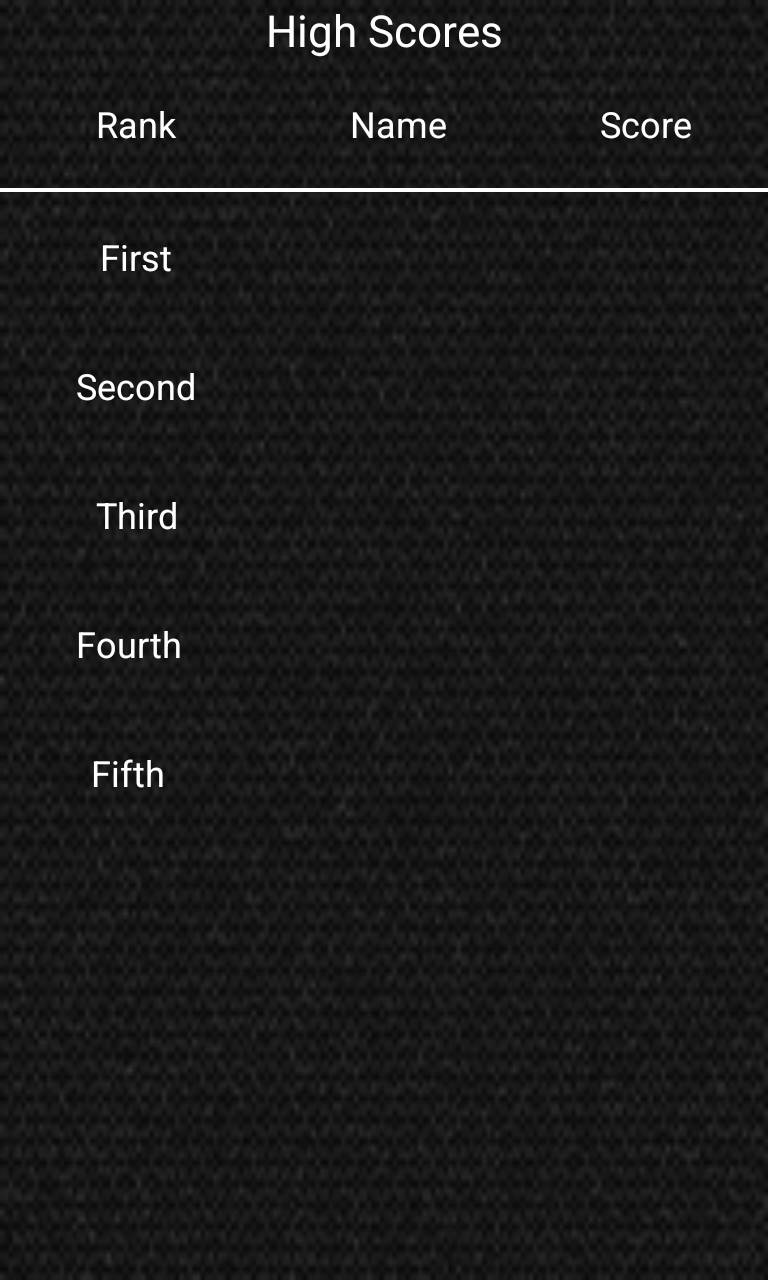
Repository: Tacohen/Killbots
Layout: Killbots/res/layout/high_scores.xml
An editor plug-in stored every save of this project. The layout is shown before and after the next save, followed by the edit.
It is drawn on a 768 x 1280 px phone screen (xhdpi) without system bars, with theme AppTheme; the app's code is not run.

Above is the layout before, as saved 2013-12-08 02:21:50.

After the next save:
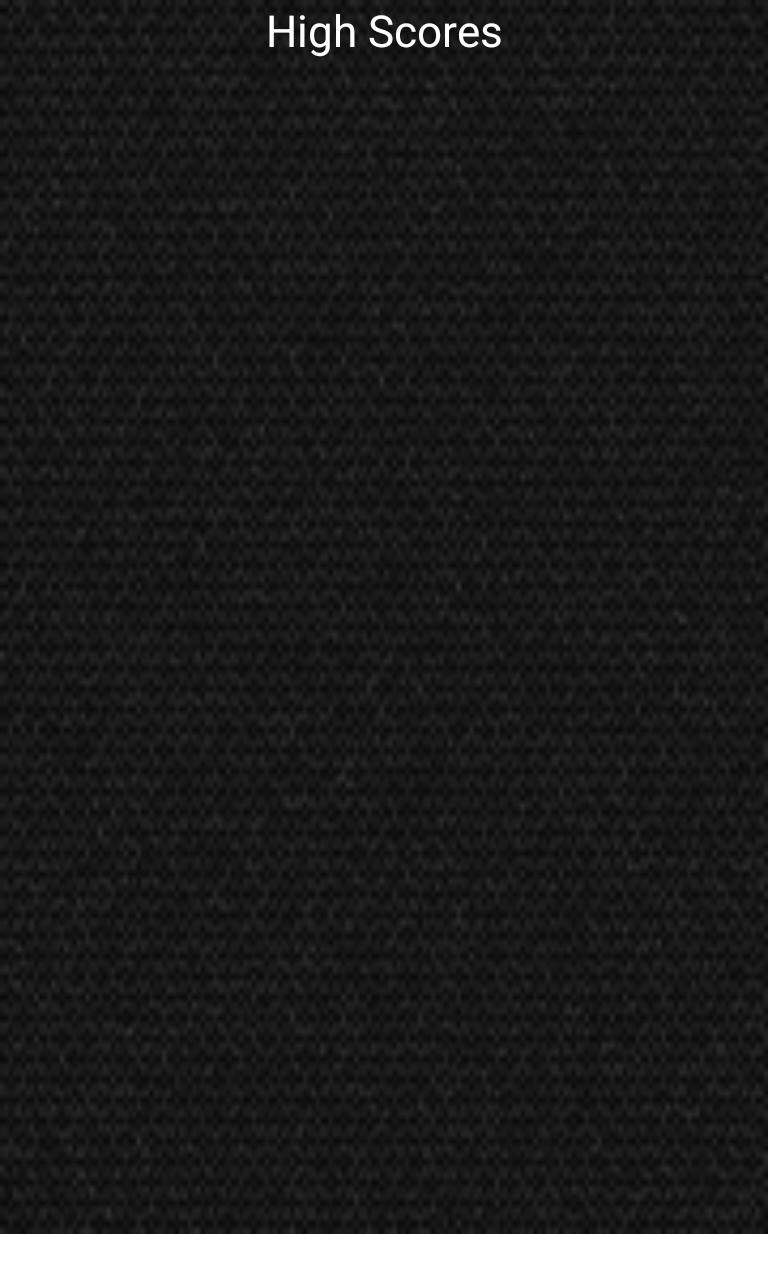
Saved 115 s later.
--- a/Killbots/res/layout/high_scores.xml
+++ b/Killbots/res/layout/high_scores.xml
@@ -1,8 +1,12 @@
 <?xml version="1.0" encoding="utf-8"?>
+<ScrollView xmlns:android="http://schemas.android.com/apk/res/android"
+    android:layout_width="fill_parent"
+    android:layout_height="fill_parent"
+    >
 <LinearLayout xmlns:android="http://schemas.android.com/apk/res/android"
-    android:layout_width="match_parent"
-    android:layout_height="match_parent"
-    android:orientation="vertical"
+    android:layout_width="fill_parent"
+        android:layout_height="fill_parent"
+        android:stretchColumns="1"
     android:background="@drawable/binding_dark">
 
     <TextView
